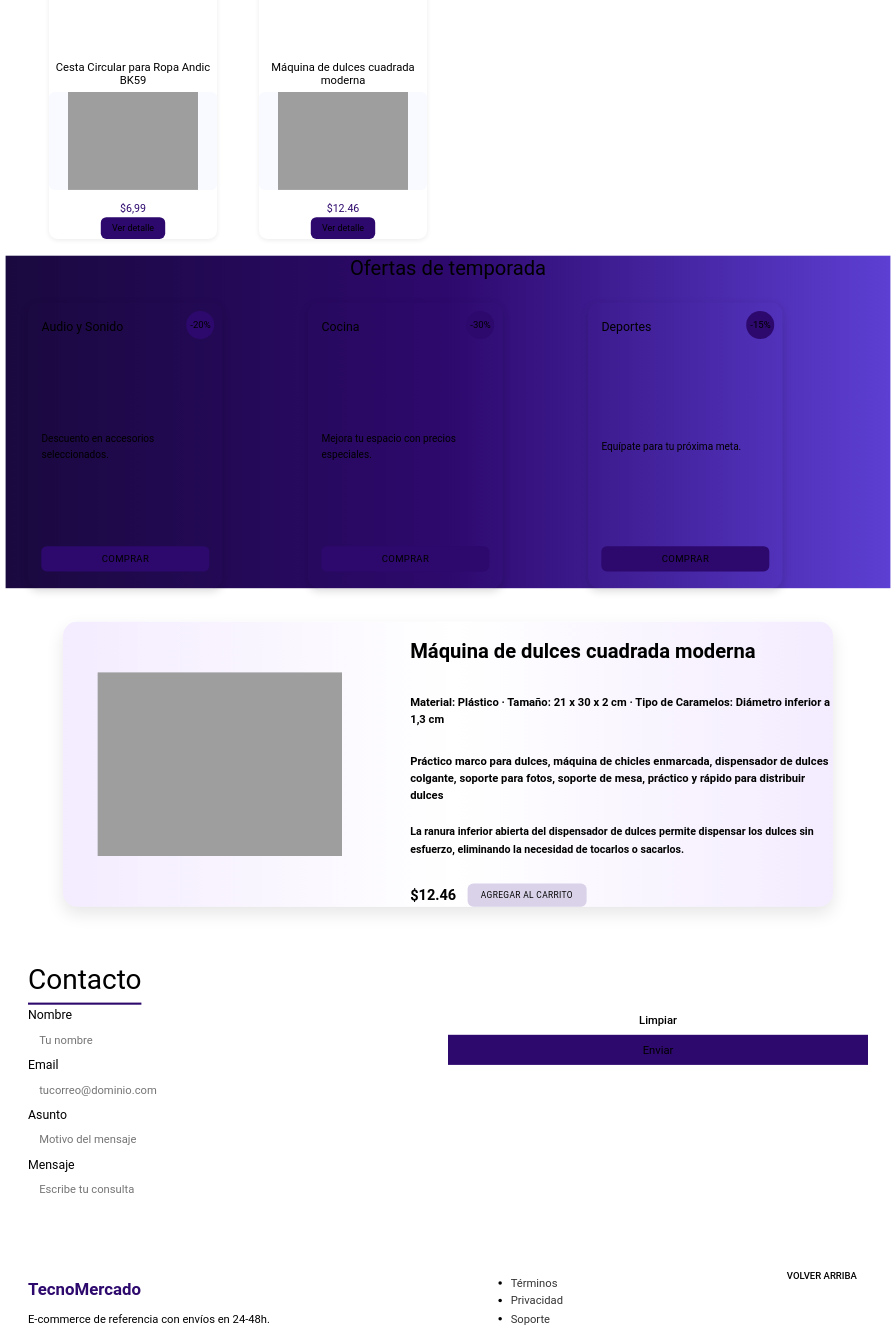
Repository: aryacarpavila/lab02_web
Page: index.html
An editor plug-in stored every save of this project. The page is shown before and after the next save, followed by the edit.
The browser window is 1280 px wide. The pictures show the part of the page from y = 886 to 2806 px (the page is 2806 px tall before and 2771 px after), at 70% of full size.
Pictures or frames that could not be fetched are drawn as grey boxes.

Above is the page before, as saved 2025-11-12 09:04:39.

After the next save:
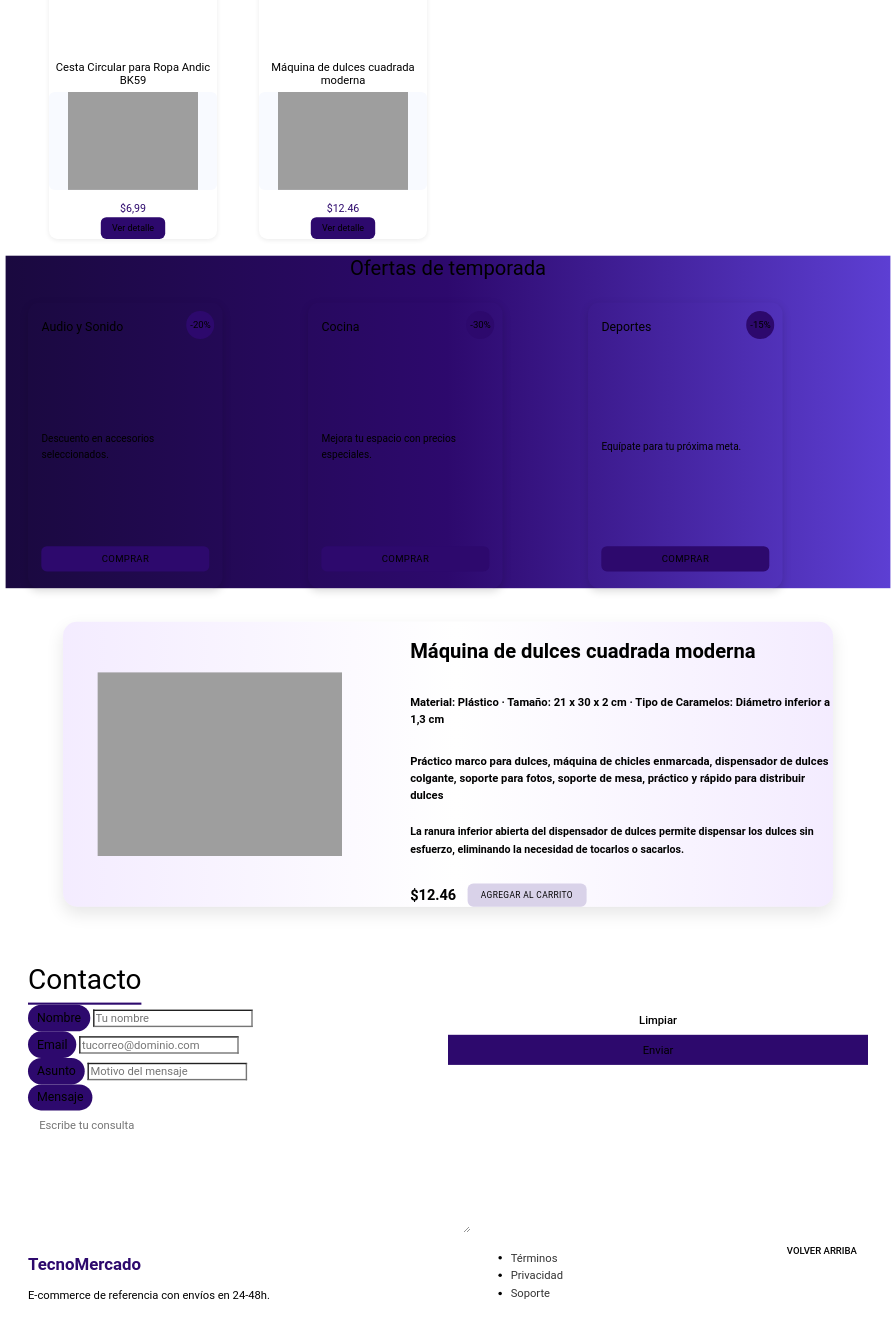
Saved 9 min 5 s later.
--- a/assets/css/layout.css
+++ b/assets/css/layout.css
@@ -186,27 +186,67 @@
 
 main section:nth-of-type(5) label {
     font-weight: var(--font-weight-semibold);
-    color: var(--color-text);
+    color: var(--color-white); /* CAMBIO: Color de texto a blanco */
+
     margin-bottom: var(--spacing-xs);
     font-size: 1.1rem;
-}
-
-main section:nth-of-type(5) input:not([type="submit"]):not([type="reset"]),
+
+    /* NUEVOS ESTILOS PARA FONDO Y BORDE */
+    background-color: var(--color-primary); /* Fondo color primario */
+    padding: 0.3rem 0.8rem; /* Relleno para que se vea como un "badge" */
+    border-radius: 9999px; /* Borde muy alto para hacerlo ovalado/píldora */
+    display: inline-block; /* NECESARIO para que los estilos de padding/fondo funcionen bien */
+}
+
 main section:nth-of-type(5) textarea {
+    /*
+     * Selector que incluye inputs y textarea:
+     * main section:nth-of-type(5) input:not([type="submit"]):not([type="reset"]),
+     * main section:nth-of-type(5) textarea
+     */
+
+    /* Agregamos el fondo gris claro SOLO al textarea */
+    background-color: var(--color-background-light); /* Usar un color gris claro de tus variables */
+
+    /* Ajustamos la altura si es necesario */
+    height: 150px; /* Ejemplo de altura fija, o usa 'rows' en HTML */
+    resize: vertical; /* Permite redimensionar solo verticalmente (si es deseado) */
+}
+
+/* OJO: Para aplicar el fondo gris solo al textarea sin afectar los inputs: */
+
+/* Estilo para los inputs (mantener fondo blanco) */
+main section:nth-of-type(5) input:not([type="submit"]):not([type="reset"]) {
+    background-color: var(--color-white);
+}
+
+/* Estilo específico para el textarea (fondo gris) */
+main section:nth-of-type(5) textarea {
+    background-color: var(--color-background-light); /* Fondo gris */
+    height: 150px; /* Más altura visualmente atractivo */
+    resize: vertical; /* Solo permitir cambiar el tamaño verticalmente */
+
+    /* Mantener el estilo de borde de los inputs */
     border: 1px solid var(--border-color-input);
     border-radius: var(--border-radius-sm);
     padding: 0.75rem 1rem;
     font-size: 1rem;
     color: var(--color-text);
     width: 100%;
-    resize: none;
     transition: border-color 0.2s;
 }
 
+/* También puedes aumentar la altura por defecto del textarea en el HTML:
+<textarea id="mensaje" name="mensaje" rows="8" placeholder="Escribe tu consulta"></textarea>
+*/
+
+/* Esto ya está bien, pero lo confirmamos: */
 main section:nth-of-type(5) input:focus,
 main section:nth-of-type(5) textarea:focus {
-    border-color: var(--color-primary);
+    border-color: var(--color-primary); /* Borde primario al enfocarse */
     outline: none;
+    /* Opcionalmente, podrías cambiar el fondo a blanco al enfocar si quieres un contraste */
+    background-color: var(--color-white);
 }
 
 
@@ -246,14 +286,19 @@
 main section:nth-of-type(5) button[type="reset"]:hover {
     background-color: var(--color-background-light);
     border-color: var(--color-text-light);
-    transform: translateY(-1px); /* Se agregó el transform faltante aquí */
-}
+    transform: translateY(-1px);
+}
+
+
+
+
+
+
 
 footer h3 {
     font-size: 1.5rem;
     margin-bottom: var(--spacing-xs);
 }
-
 
 header > div,
 main section > div,

After the save that followed:
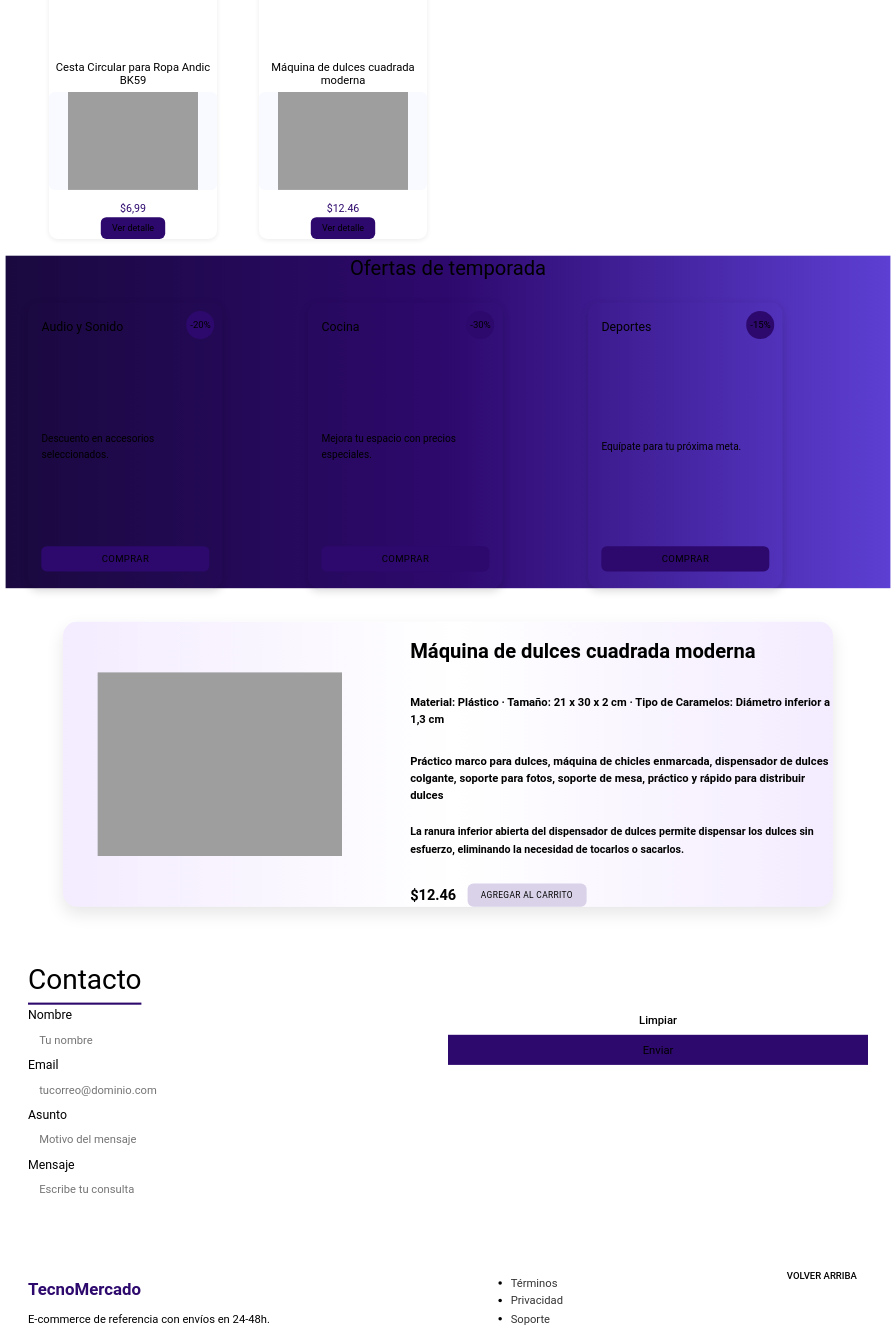
Saved 75 s later.
--- a/assets/css/layout.css
+++ b/assets/css/layout.css
@@ -186,67 +186,27 @@
 
 main section:nth-of-type(5) label {
     font-weight: var(--font-weight-semibold);
-    color: var(--color-white); /* CAMBIO: Color de texto a blanco */
-
+    color: var(--color-text);
     margin-bottom: var(--spacing-xs);
     font-size: 1.1rem;
-
-    /* NUEVOS ESTILOS PARA FONDO Y BORDE */
-    background-color: var(--color-primary); /* Fondo color primario */
-    padding: 0.3rem 0.8rem; /* Relleno para que se vea como un "badge" */
-    border-radius: 9999px; /* Borde muy alto para hacerlo ovalado/píldora */
-    display: inline-block; /* NECESARIO para que los estilos de padding/fondo funcionen bien */
-}
-
+}
+
+main section:nth-of-type(5) input:not([type="submit"]):not([type="reset"]),
 main section:nth-of-type(5) textarea {
-    /*
-     * Selector que incluye inputs y textarea:
-     * main section:nth-of-type(5) input:not([type="submit"]):not([type="reset"]),
-     * main section:nth-of-type(5) textarea
-     */
-
-    /* Agregamos el fondo gris claro SOLO al textarea */
-    background-color: var(--color-background-light); /* Usar un color gris claro de tus variables */
-
-    /* Ajustamos la altura si es necesario */
-    height: 150px; /* Ejemplo de altura fija, o usa 'rows' en HTML */
-    resize: vertical; /* Permite redimensionar solo verticalmente (si es deseado) */
-}
-
-/* OJO: Para aplicar el fondo gris solo al textarea sin afectar los inputs: */
-
-/* Estilo para los inputs (mantener fondo blanco) */
-main section:nth-of-type(5) input:not([type="submit"]):not([type="reset"]) {
-    background-color: var(--color-white);
-}
-
-/* Estilo específico para el textarea (fondo gris) */
-main section:nth-of-type(5) textarea {
-    background-color: var(--color-background-light); /* Fondo gris */
-    height: 150px; /* Más altura visualmente atractivo */
-    resize: vertical; /* Solo permitir cambiar el tamaño verticalmente */
-
-    /* Mantener el estilo de borde de los inputs */
     border: 1px solid var(--border-color-input);
     border-radius: var(--border-radius-sm);
     padding: 0.75rem 1rem;
     font-size: 1rem;
     color: var(--color-text);
     width: 100%;
+    resize: none;
     transition: border-color 0.2s;
 }
 
-/* También puedes aumentar la altura por defecto del textarea en el HTML:
-<textarea id="mensaje" name="mensaje" rows="8" placeholder="Escribe tu consulta"></textarea>
-*/
-
-/* Esto ya está bien, pero lo confirmamos: */
 main section:nth-of-type(5) input:focus,
 main section:nth-of-type(5) textarea:focus {
-    border-color: var(--color-primary); /* Borde primario al enfocarse */
+    border-color: var(--color-primary);
     outline: none;
-    /* Opcionalmente, podrías cambiar el fondo a blanco al enfocar si quieres un contraste */
-    background-color: var(--color-white);
 }
 
 
